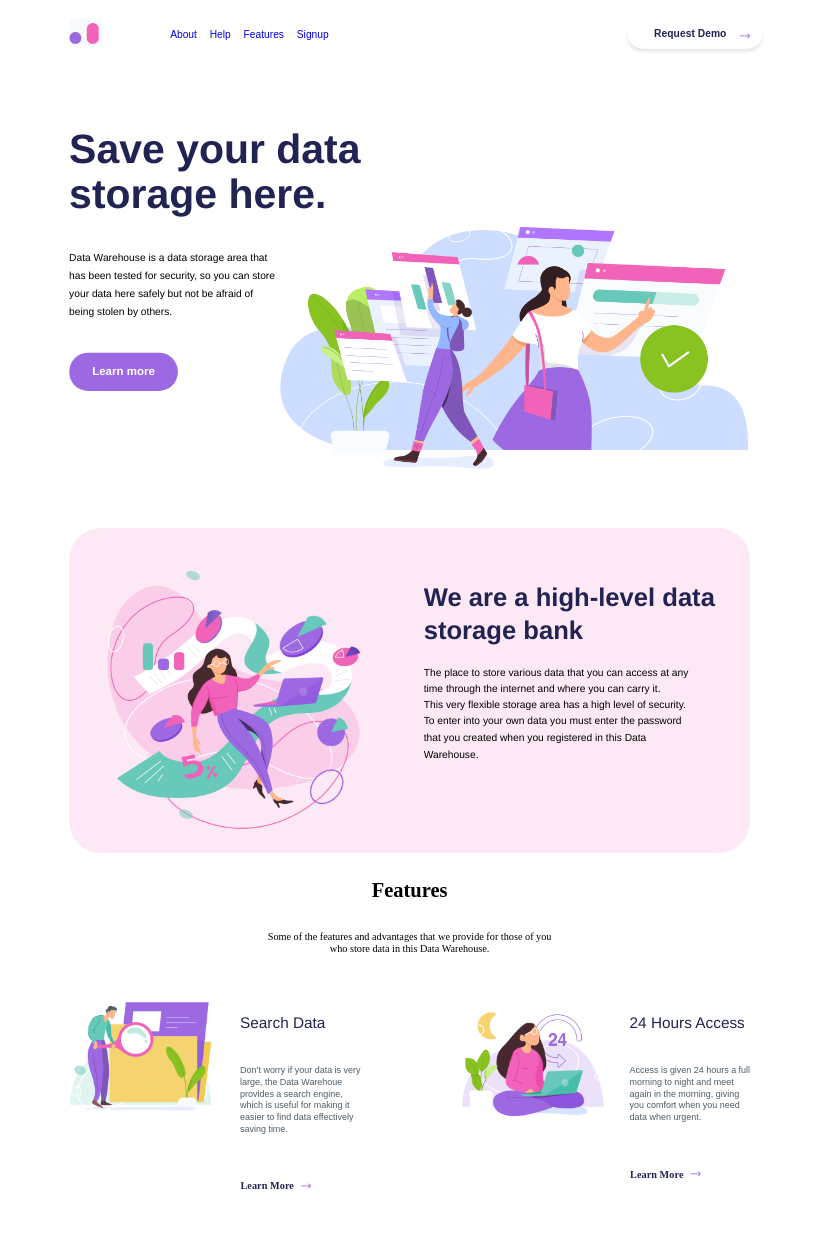
Repository: batonAnton/HW6_flexbox
Page: index.html
These files come from the project's save history. The page is drawn as it stood at one moment and after the next save; the edit follows.
The browser window is 1280 px wide. The pictures show the whole page, at 64% of full size.
Some web fonts or font styles are not loaded; a fallback is used.

Above is the page before, as saved 2022-06-18 13:13:29.

After the next save:
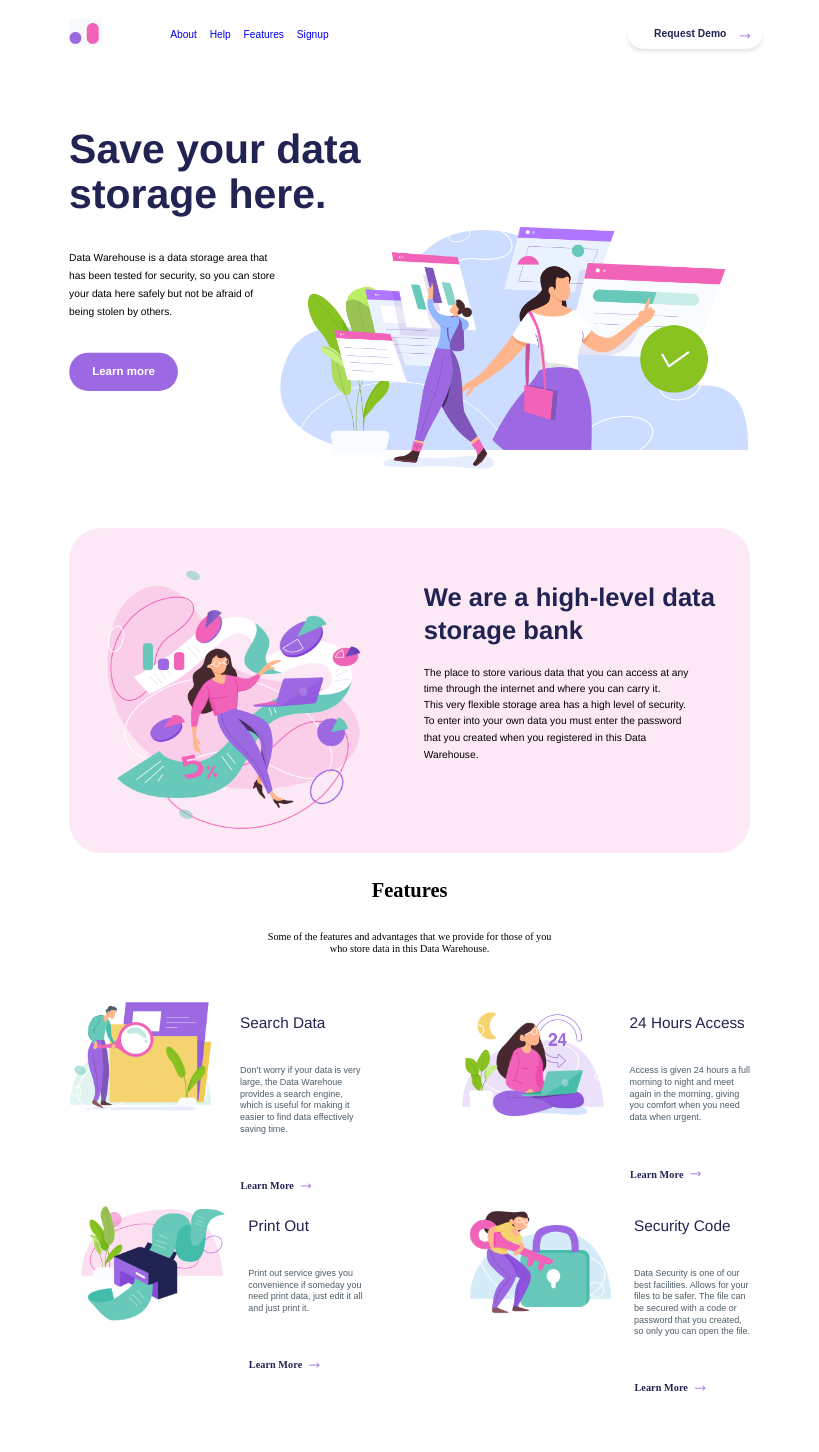
Saved 113 s later.
--- a/index.html
+++ b/index.html
@@ -119,6 +119,55 @@
 
             </div>
         </div>
+
+        <!-- row2 start -->
+
+        <div class="row1 row2">
+            <div class="block">
+                <img src="./images/section3/image3 1.png" alt="img">
+                <div class="info">
+                    <h1>Print Out</h1>
+                <p>
+                    Print out service gives you <br> convenience if someday
+                    you <br> need print data, just edit it all <br> and just print it.
+                </p>
+
+                <div class="header-btn section3-btn">
+                    <div>
+                        <button>Learn more</button>
+                    </div>
+                    <div class="btn-img">
+                        <img src="./images/right-arrow.png" alt="arrow-right" >
+                    </div>
+                </div>
+                </div>
+
+            </div>
+
+
+            <div class="block">
+                <img src="./images/section3/image4 1.png" alt="img">
+                <div class="info">
+                    <h1>Security Code</h1>
+                <p>
+                    Data Security is one of our <br> best facilities. Allows for your <br> files
+                    to be safer. The file can <br> be secured with a code or <br>
+                    password that
+                    you created, <br> so only you can open the file.
+                </p>
+
+                <div class="header-btn section3-btn">
+                    <div>
+                        <button>Learn more</button>
+                    </div>
+                    <div class="btn-img">
+                        <img src="./images/right-arrow.png" alt="arrow-right" >
+                    </div>
+                </div>
+                </div>
+
+            </div>
+        </div>
     </div>
 </body>
 </html>
